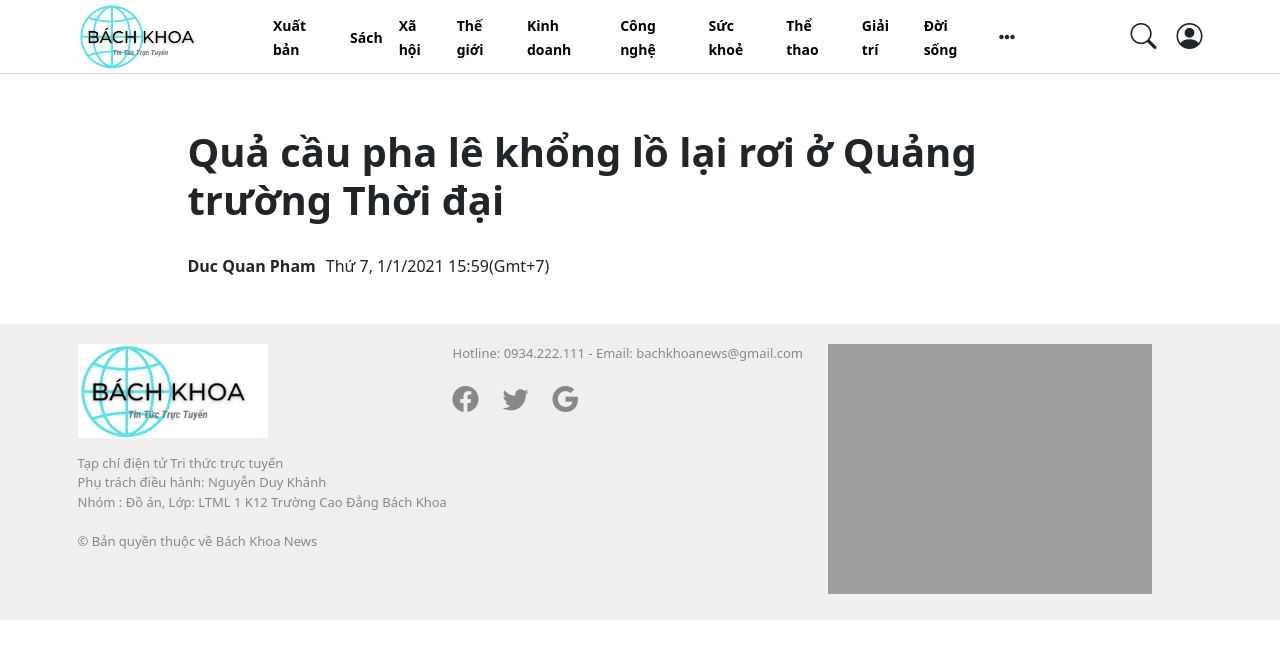
Repository: khanh2324/Java_Web
Page: WebContent/home-new/index.html
The author's editor kept a copy of each file at every save. The page is drawn from the files as they stood at one save, then again after the next save.
The browser window is 1280 px wide. The pictures show the whole page.
Pictures or frames that could not be fetched are drawn as grey boxes. Some web libraries are served in a nearby version.

Above is the page before, as saved 2022-01-01 16:04:53.

### WebContent/home-new/index.html
<!DOCTYPE html>
<html lang="en">
<head>
    <meta charset="UTF-8">
    <meta http-equiv="X-UA-Compatible" content="IE=edge">
    <meta name="viewport" content="width=device-width, initial-scale=1.0">
    <title>Bách Khoa News</title>
    <!-- Icon Boostrap -->
    <link rel="stylesheet" href="https://cdn.jsdelivr.net/npm/bootstrap-icons@1.3.0/font/bootstrap-icons.css">
    <!-- Link Font -->
    <link href="https://fonts.googleapis.com/css2?family=Roboto:ital,wght@0,100;0,300;0,400;0,500;0,700;0,900;1,100;1,300;1,400;1,500;1,700;1,900&display=swap" rel="stylesheet">

    <!-- OWL -->
    <link rel="stylesheet" href="./css/owl.carousel.min.css">
    <link rel="stylesheet" href="./css/owl.theme.default.min.css">

    <!--Font Awesome -->
    <link rel="stylesheet" href="https://cdnjs.cloudflare.com/ajax/libs/font-awesome/5.15.4/css/all.min.css" integrity="sha512-1ycn6IcaQQ40/MKBW2W4Rhis/DbILU74C1vSrLJxCq57o941Ym01SwNsOMqvEBFlcgUa6xLiPY/NS5R+E6ztJQ==" crossorigin="anonymous" referrerpolicy="no-referrer" />
    <!-- CSS-->
    <link rel="stylesheet" href="./css/bootstrap.css">
    <link rel="stylesheet" href="./css/shared.css">
    <link rel="stylesheet" href="./css/style.css">
    <link rel="stylesheet" href="./css/responsive.css">
</head>
<body>
    <div class="main">
        <!-- Header -->
        <div class="header navbar navbar-expand-lg navbar-light fixed-top d-flex">
            <div class="container">

                <div class="col-lg-2 col-10 header-logo">
                    <a class="header-logo_link" href="#">
                        <div class="header-logo_img"></div>
                    </a>
                </div>

                <div class="col-lg-8 header-nav d-flex">
                    <ul class="header-nav_list d-lg-flex d-none">
                        <li class="header-nav_item">
                            <a href="" class="header-nav_link">Xuất bản</a>
                        </li>
                        <li class="header-nav_item">
                            <a href="" class="header-nav_link">Sách</a>
                        </li>
                        <li class="header-nav_item">
                            <a href="" class="header-nav_link">Xã hội</a>
                        </li>
                        <li class="header-nav_item">
                            <a href="" class="header-nav_link">Thế giới</a>
                        </li>
                        <li class="header-nav_item">
                            <a href="" class="header-nav_link">Kinh doanh</a>
                        </li>
                        <li class="header-nav_item">
                            <a href="" class="header-nav_link">Công nghệ</a>
                        </li>
                        <li class="header-nav_item">
                            <a href="" class="header-nav_link">Sức khoẻ</a>
                        </li>
                        <li class="header-nav_item">
                            <a href="" class="header-nav_link">Thể thao</a>
                        </li>
                        <li class="header-nav_item">
                            <a href="" class="header-nav_link">Giải trí</a>
                        </li>
                        <li class="header-nav_item">
                            <a href="" class="header-nav_link">Đời sống</a>
                        </li>
                    </ul>

                    <div class="header-nav_btn">
                        <i class="fas fa-ellipsis-h"></i>
                    </div>
                </div>

                <div class="col-lg-2">
                    <div class="d-flex justify-content-end">
                        <div class="header-search">
                            <i class="bi bi-search"></i>
                        </div>

                        <div class="header-user">
                            <i class="bi bi-person-circle"></i>

                            <div class="user-options d-none">
                                <ul class="user-options_list">
                                    <li class="user-options_item">
                                        <a href="" class="user-options_link">Đăng ký</a>
                                    </li>
                                    <li class="user-options_item">
                                        <a href="" class="user-options_link">Đăng nhập</a>
                                    </li>
                                </ul>
                            </div>
                        </div>


                    </div>

                </div>
            </div>

        </div>

        <!-- Sub Nav -->
        <div class="header-subnav navbar navbar-expand-lg navbar-light fixed-top d-none">
            <div class="container flex-wrap">
                <div class="col-lg-2 header-subnav_wrap">
                    <div class="header-subnav_title">Xã Hội</div>
                    <ul class="header-subnav_list">
                        <li class="header-subnav_item">
                            <a href="" class="header-subnav_link">Chính trị</a>
                        </li>
                        <li class="header-subnav_item">
                            <a href="" class="header-subnav_link">Nhân sự mới</a>
                        </li>
                        <li class="header-subnav_item">
                            <a href="" class="header-subnav_link">Đô thị</a>
                        </li>
                        <li class="header-subnav_item">
                            <a href="" class="header-subnav_link">Giao thông</a>
                        </li>
                        <li class="header-subnav_item">
                            <a href="" class="header-subnav_link">Saigon Metro</a>
                        </li>
                        <li class="header-subnav_item">
                            <a href="" class="header-subnav_link">Sáng kiến chống dịch</a>
                        </li>
                    </ul>
                </div>

                <div class="col-lg-2 header-subnav_wrap">
                    <div class="header-subnav_title">Xã Hội</div>
                    <ul class="header-subnav_list">
                        <li class="header-subnav_item">
                            <a href="" class="header-subnav_link">Chính trị</a>
                        </li>
                        <li class="header-subnav_item">
                            <a href="" class="header-subnav_link">Nhân sự mới</a>
                        </li>
                        <li class="header-subnav_item">
                            <a href="" class="header-subnav_link">Đô thị</a>
                        </li>
                        <li class="header-subnav_item">
                            <a href="" class="header-subnav_link">Giao thông</a>
                        </li>
                        <li class="header-subnav_item">
                            <a href="" class="header-subnav_link">Saigon Metro</a>
                        </li>
                        <li class="header-subnav_item">
                            <a href="" class="header-subnav_link">Sáng kiến chống dịch</a>
                        </li>
                    </ul>
                </div>

                <div class="col-lg-2 header-subnav_wrap">
                    <div class="header-subnav_title">Xã Hội</div>
                    <ul class="header-subnav_list">
                        <li class="header-subnav_item">
                            <a href="" class="header-subnav_link">Chính trị</a>
                        </li>
                        <li class="header-subnav_item">
                            <a href="" class="header-subnav_link">Nhân sự mới</a>
                        </li>
                        <li class="header-subnav_item">
                            <a href="" class="header-subnav_link">Đô thị</a>
                        </li>
                        <li class="header-subnav_item">
                            <a href="" class="header-subnav_link">Giao thông</a>
                        </li>
                        <li class="header-subnav_item">
                            <a href="" class="header-subnav_link">Saigon Metro</a>
                        </li>
                        <li class="header-subnav_item">
                            <a href="" class="header-subnav_link">Sáng kiến chống dịch</a>
                        </li>
                    </ul>
                </div>

                <div class="col-lg-2 header-subnav_wrap">
                    <div class="header-subnav_title">Xã Hội</div>
                    <ul class="header-subnav_list">
                        <li class="header-subnav_item">
                            <a href="" class="header-subnav_link">Chính trị</a>
                        </li>
                        <li class="header-subnav_item">
                            <a href="" class="header-subnav_link">Nhân sự mới</a>
                        </li>
                        <li class="header-subnav_item">
                            <a href="" class="header-subnav_link">Đô thị</a>
                        </li>
                        <li class="header-subnav_item">
                            <a href="" class="header-subnav_link">Giao thông</a>
                        </li>
                        <li class="header-subnav_item">
                            <a href="" class="header-subnav_link">Saigon Metro</a>
                        </li>
                        <li class="header-subnav_item">
                            <a href="" class="header-subnav_link">Sáng kiến chống dịch</a>
                        </li>
                    </ul>
                </div>

                <div class="col-lg-2 header-subnav_wrap">
                    <div class="header-subnav_title">Xã Hội</div>
                    <ul class="header-subnav_list">
                        <li class="header-subnav_item">
                            <a href="" class="header-subnav_link">Chính trị</a>
                        </li>
                        <li class="header-subnav_item">
                            <a href="" class="header-subnav_link">Nhân sự mới</a>
                        </li>
                        <li class="header-subnav_item">
                            <a href="" class="header-subnav_link">Đô thị</a>
                        </li>
                        <li class="header-subnav_item">
                            <a href="" class="header-subnav_link">Giao thông</a>
                        </li>
                        <li class="header-subnav_item">
                            <a href="" class="header-subnav_link">Saigon Metro</a>
                        </li>
                        <li class="header-subnav_item">
                            <a href="" class="header-subnav_link">Sáng kiến chống dịch</a>
                        </li>
                    </ul>
                </div>

                <div class="col-lg-2 header-subnav_wrap">
                    <div class="header-subnav_title">Xã Hội</div>
                    <ul class="header-subnav_list">
                        <li class="header-subnav_item">
                            <a href="" class="header-subnav_link">Chính trị</a>
                        </li>
                        <li class="header-subnav_item">
                            <a href="" class="header-subnav_link">Nhân sự mới</a>
                        </li>
                        <li class="header-subnav_item">
                            <a href="" class="header-subnav_link">Đô thị</a>
                        </li>
                        <li class="header-subnav_item">
                            <a href="" class="header-subnav_link">Giao thông</a>
                        </li>
                        <li class="header-subnav_item">
                            <a href="" class="header-subnav_link">Saigon Metro</a>
                        </li>
                        <li class="header-subnav_item">
                            <a href="" class="header-subnav_link">Sáng kiến chống dịch</a>
                        </li>
                    </ul>
                </div>

                <div class="col-lg-2 header-subnav_wrap">
                    <div class="header-subnav_title">Xã Hội</div>
                    <ul class="header-subnav_list">
                        <li class="header-subnav_item">
                            <a href="" class="header-subnav_link">Chính trị</a>
                        </li>
                        <li class="header-subnav_item">
                            <a href="" class="header-subnav_link">Nhân sự mới</a>
                        </li>
                        <li class="header-subnav_item">
                            <a href="" class="header-subnav_link">Đô thị</a>
                        </li>
                        <li class="header-subnav_item">
                            <a href="" class="header-subnav_link">Giao thông</a>
                        </li>
                        <li class="header-subnav_item">
                            <a href="" class="header-subnav_link">Saigon Metro</a>
                        </li>
                        <li class="header-subnav_item">
                            <a href="" class="header-subnav_link">Sáng kiến chống dịch</a>
                        </li>
                    </ul>
                </div>

                <div class="col-lg-2 header-subnav_wrap">
                    <div class="header-subnav_title">Xã Hội</div>
                    <ul class="header-subnav_list">
                        <li class="header-subnav_item">
                            <a href="" class="header-subnav_link">Chính trị</a>
                        </li>
                        <li class="header-subnav_item">
                            <a href="" class="header-subnav_link">Nhân sự mới</a>
                        </li>
                        <li class="header-subnav_item">
                            <a href="" class="header-subnav_link">Đô thị</a>
                        </li>
                        <li class="header-subnav_item">
                            <a href="" class="header-subnav_link">Giao thông</a>
                        </li>
                        <li class="header-subnav_item">
                            <a href="" class="header-subnav_link">Saigon Metro</a>
                        </li>
                        <li class="header-subnav_item">
                            <a href="" class="header-subnav_link">Sáng kiến chống dịch</a>
                        </li>
                    </ul>
                </div>

                <div class="col-lg-2 header-subnav_wrap">
                    <div class="header-subnav_title">Xã Hội</div>
                    <ul class="header-subnav_list">
                        <li class="header-subnav_item">
                            <a href="" class="header-subnav_link">Chính trị</a>
                        </li>
                        <li class="header-subnav_item">
                            <a href="" class="header-subnav_link">Nhân sự mới</a>
                        </li>
                        <li class="header-subnav_item">
                            <a href="" class="header-subnav_link">Đô thị</a>
                        </li>
                        <li class="header-subnav_item">
                            <a href="" class="header-subnav_link">Giao thông</a>
                        </li>
                        <li class="header-subnav_item">
                            <a href="" class="header-subnav_link">Saigon Metro</a>
                        </li>
                        <li class="header-subnav_item">
                            <a href="" class="header-subnav_link">Sáng kiến chống dịch</a>
                        </li>
                    </ul>
                </div>

                <div class="col-lg-2 header-subnav_wrap">
                    <div class="header-subnav_title">Xã Hội</div>
                    <ul class="header-subnav_list">
                        <li class="header-subnav_item">
                            <a href="" class="header-subnav_link">Chính trị</a>
                        </li>
                        <li class="header-subnav_item">
                            <a href="" class="header-subnav_link">Nhân sự mới</a>
                        </li>
                        <li class="header-subnav_item">
                            <a href="" class="header-subnav_link">Đô thị</a>
                        </li>
                        <li class="header-subnav_item">
                            <a href="" class="header-subnav_link">Giao thông</a>
                        </li>
                        <li class="header-subnav_item">
                            <a href="" class="header-subnav_link">Saigon Metro</a>
                        </li>
                        <li class="header-subnav_item">
                            <a href="" class="header-subnav_link">Sáng kiến chống dịch</a>
                        </li>
                    </ul>
                </div>

                <div class="col-lg-2 header-subnav_wrap">
                    <div class="header-subnav_title">Xã Hội</div>
                    <ul class="header-subnav_list">
                        <li class="header-subnav_item">
                            <a href="" class="header-subnav_link">Chính trị</a>
                        </li>
                        <li class="header-subnav_item">
                            <a href="" class="header-subnav_link">Nhân sự mới</a>
                        </li>
                        <li class="header-subnav_item">
                            <a href="" class="header-subnav_link">Đô thị</a>
                        </li>
                        <li class="header-subnav_item">
                            <a href="" class="header-subnav_link">Giao thông</a>
                        </li>
                        <li class="header-subnav_item">
                            <a href="" class="header-subnav_link">Saigon Metro</a>
                        </li>
                        <li class="header-subnav_item">
                            <a href="" class="header-subnav_link">Sáng kiến chống dịch</a>
                        </li>
                    </ul>
                </div>

                <div class="col-lg-2 header-subnav_wrap">
                    <div class="header-subnav_title">Xã Hội</div>
                    <ul class="header-subnav_list">
                        <li class="header-subnav_item">
                            <a href="" class="header-subnav_link">Chính trị</a>
                        </li>
                        <li class="header-subnav_item">
                            <a href="" class="header-subnav_link">Nhân sự mới</a>
                        </li>
                        <li class="header-subnav_item">
                            <a href="" class="header-subnav_link">Đô thị</a>
                        </li>
                        <li class="header-subnav_item">
                            <a href="" class="header-subnav_link">Giao thông</a>
                        </li>
                        <li class="header-subnav_item">
                            <a href="" class="header-subnav_link">Saigon Metro</a>
                        </li>
                        <li class="header-subnav_item">
                            <a href="" class="header-subnav_link">Sáng kiến chống dịch</a>
                        </li>
                    </ul>
                </div>


            </div>
        </div>
        <!-- Content -->
        <div class="content category layout-container">
            <div class="container">
                <h1 class="title">Quả cầu pha lê khổng lồ lại rơi ở Quảng trường Thời đại</h1>
                <div class="d-flex mt-5">
                    <p class="category-title_name"><strong>Duc Quan Pham</strong></p>
                    <p class="category-title_time ms-3">Thứ 7, 1/1/2021 15:59(Gmt+7)</p>
                </div>
                <div class="content-hot d-flex mt-xxl-5">

                </div>
            </div>
        </div>
        <div class="footer">
            <div class="container">
                <div class="footer-wrap d-flex justify-content-start flex-wrap">
                    <div class="col-lg-4 col-6">
                        <div class="footer-logo"></div>
                        <div class="footer-content">
                            <span>Tạp chí điện tử Tri thức trực tuyến</span><br>
                            <span>Phụ trách điều hành: Nguyễn Duy Khánh</span><br>
                            <span>Nhóm : Đồ án, Lớp: LTML 1 K12 Trường Cao Đẳng Bách Khoa</span> <br><br>
                            <span>&copy; Bản quyền thuộc về Bách Khoa News</span>
                        </div>
                    </div>

                    <div class="col-lg-4 col-6">
                        <div class="footer-contact">
                            <div>
                                Hotline: 0934.222.111 - Email: bachkhoanews@gmail.com
                            </div>
                            <div class="footer-social d-flex">
                                <a href=""><i class="bi bi-facebook"></i></a>
                                <a href=""><i class="bi bi-twitter"></i></a>
                                <a href=""><i class="bi bi-google"></i></a>
                            </div>
                        </div>
                    </div>

                    <div class="col-lg-4 col-12">
                        <iframe src="https://www.facebook.com/plugins/page.php?href=https%3A%2F%2Fwww.facebook.com%2FB%25C3%25A1ch-Khoa-News-101628475737965%2F%3Fref%3Dpages_you_manage&tabs=timeline&width=324&height=250&small_header=true&adapt_container_width=true&hide_cover=false&show_facepile=true&appId" width="324" height="250" style="border:none;overflow:hidden" scrolling="no" frameborder="0" allowfullscreen="true" allow="autoplay; clipboard-write; encrypted-media; picture-in-picture; web-share"></iframe>
                    </div>
                </div>
            </div>
        </div>
    </div>

    <script type="text/javascript" src="http://ajax.googleapis.com/ajax/libs/jquery/2.1.3/jquery.min.js"> </script>
    <script src="./js/owl.carousel.min.js"></script>
    <script>

        $(document).ready(function(){
            $('.owl-carousel').owlCarousel({
                loop: false,
                margin:10,
                nav: true,
                dots: false,
                slideBy: 5,
                rewind: false,
                responsive:{
                    0:{
                        items:1
                    },
                    600:{
                        items:3
                    },
                    1000:{
                        items:5
                    }
                }
            })

            // Sub nav
            $('.header-nav_btn').click(function() {
                var SubNavNone = $('.header-subnav').hasClass('d-none');
                if (SubNavNone) {
                    $('.header-subnav').removeClass('d-none');
                }
                else {
                    $('.header-subnav').addClass("d-none");
                }
            })

            $('.header-user').click(function() {
                var UserNone = $('.user-options').hasClass('d-none');
                if (UserNone) {
                    $('.user-options').removeClass('d-none');
                }
                else {
                    $('.user-options').addClass("d-none");
                }
            })
        });




    </script>
</body>
</html>

### WebContent/home-new/css/shared.css
* {
  padding: 0;
  margin: 0;
  box-sizing: inherit;
}

html {
  font-size: 62.5%;
  line-height: 1.6rem;
  font-family: "Roboto", sans-serif;
  box-sizing: border-box;
  scroll-behavior: smooth;
  background-color: var(--white-color);
}
body {
  font-size: 1.6rem;
}
:root {
  --white-color: #fff;
  --black-color: #000;
  --primary-color: #ffcb3e;
  --background-color: #f2f2f2;
  --footer-color: #434343;

  --header-height: 74px;
}

a:hover {
  color: var(--black-color);
  text-decoration: none;
}

a {
  text-decoration: none;
  color: var(--black-color);
}

img {
  cursor: pointer;
  width: 100%;
}

#news-title:hover {
  color: #006ba0;
}
.layout-container {
  max-width: 1000px;
  padding-left: 40px;
  padding-right: 40px;
  display: block;
  margin: 0 auto;
}
h1 {
  font-size: 40px;
  font-weight: 700;
}

### WebContent/home-new/css/responsive.css
/* Mobile & tablet */
@media (max-width: 1023px){
    .header-logo_img{
        background-position: center center;
        padding-top: 10%;
    }

    .multimedia-right_news{
        margin-top: 16px;
    }

}

/* Tablet */
@media (min-width: 740px) and (max-width: 1023px) {

}

/* Mobile */

@media (min-width: 768px){

}

Loaded but not shown: WebContent/home-new/css/owl.carousel.min.css (library); WebContent/home-new/css/owl.theme.default.min.css (common file); WebContent/home-new/css/bootstrap.css (library); WebContent/home-new/js/owl.carousel.min.js (library); WebContent/home-new/css/style.css (172 lines, source omitted)

After the next save:
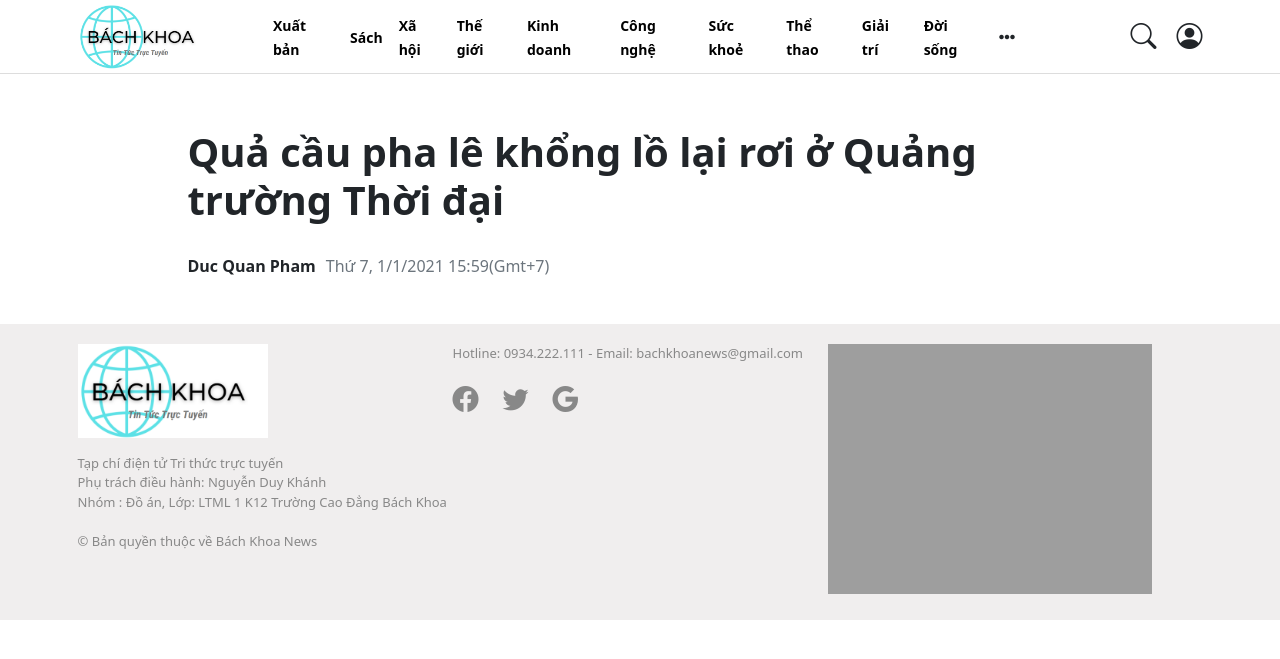
Saved 42 s later.
--- a/WebContent/home-new/index.html
+++ b/WebContent/home-new/index.html
@@ -402,7 +402,7 @@
                 <h1 class="title">Quả cầu pha lê khổng lồ lại rơi ở Quảng trường Thời đại</h1>
                 <div class="d-flex mt-5">
                     <p class="category-title_name"><strong>Duc Quan Pham</strong></p>
-                    <p class="category-title_time ms-3">Thứ 7, 1/1/2021 15:59(Gmt+7)</p>
+                    <p class="category-title_time ms-3 text-muted">Thứ 7, 1/1/2021 15:59(Gmt+7)</p>
                 </div>
                 <div class="content-hot d-flex mt-xxl-5">
 
